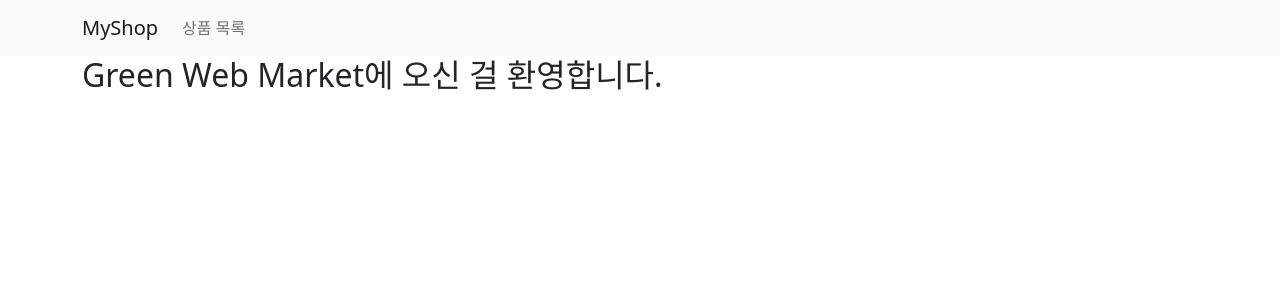
Repository: Yunkieun/jspworks
Page: http://localhost/Market/
These files come from the project's save history. The page is drawn as it stood at one moment and after the next save; the edit follows.
The browser window is 1280 px wide. The pictures show the whole page.
The page is served by Tomcat 9. Nobody is signed in. The application's start-up code is not run. Other server files are loaded and not shown.

Above is the page before, as saved 2023-07-19 08:49:51.

### Market/src/main/webapp/index.jsp
<%@ page language="java" contentType="text/html; charset=UTF-8"
    pageEncoding="UTF-8"%>
<!DOCTYPE html>
<html>
<head>
<meta charset="UTF-8">
<title>Welcome~</title>
<link rel="stylesheet" href="resources/css/bootstrap.css">
<script src="resources/js/bootstrap.js"></script>
</head>
<body>
	<jsp:include page="header.jsp" />
	<div class="container">
		<h2>Green Web Market에 오신 걸 환영합니다.</h2>
	</div>
</body>
</html>

### Market/src/main/webapp/header.jsp
<%@ page language="java" contentType="text/html; charset=UTF-8"
    pageEncoding="UTF-8"%>
<nav class="navbar navbar-expand-lg navbar-light bg-light">
  <div class="container">
    <a class="navbar-brand" href="index.jsp">MyShop</a>
    <button class="navbar-toggler" type="button" data-bs-toggle="collapse" data-bs-target="#navbarSupportedContent" aria-controls="navbarSupportedContent" aria-expanded="false" aria-label="Toggle navigation">
      <span class="navbar-toggler-icon"></span>
    </button>
    <div class="collapse navbar-collapse" id="navbarSupportedContent">
      <ul class="navbar-nav me-auto mb-2 mb-lg-0">
        <li class="nav-item">
          <a class="nav-link" href="/productList.do">상품 목록</a>
        </li>
      </ul>
    </div>
  </div>
</nav>

Loaded but not shown: Market/src/main/webapp/resources/css/bootstrap.css (library); Market/src/main/webapp/resources/js/bootstrap.js (library)

After the next save:
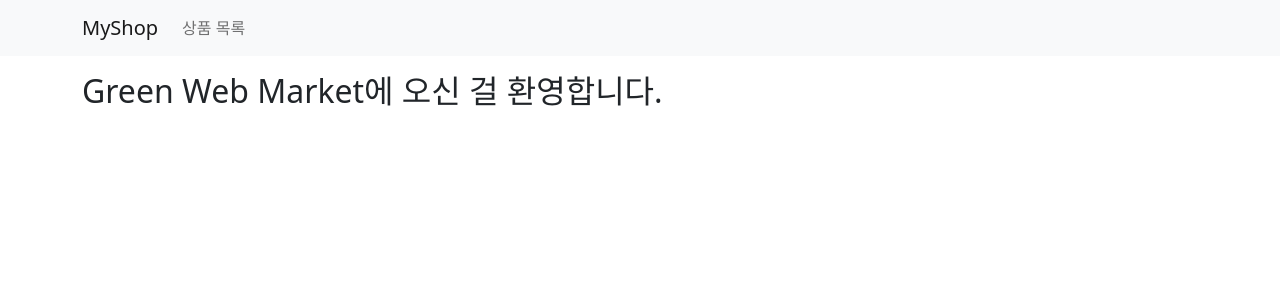
Saved 10 s later.
--- a/Market/src/main/webapp/index.jsp
+++ b/Market/src/main/webapp/index.jsp
@@ -10,7 +10,7 @@
 </head>
 <body>
 	<jsp:include page="header.jsp" />
-	<div class="container">
+	<div class="container my-3">
 		<h2>Green Web Market에 오신 걸 환영합니다.</h2>
 	</div>
 </body>
